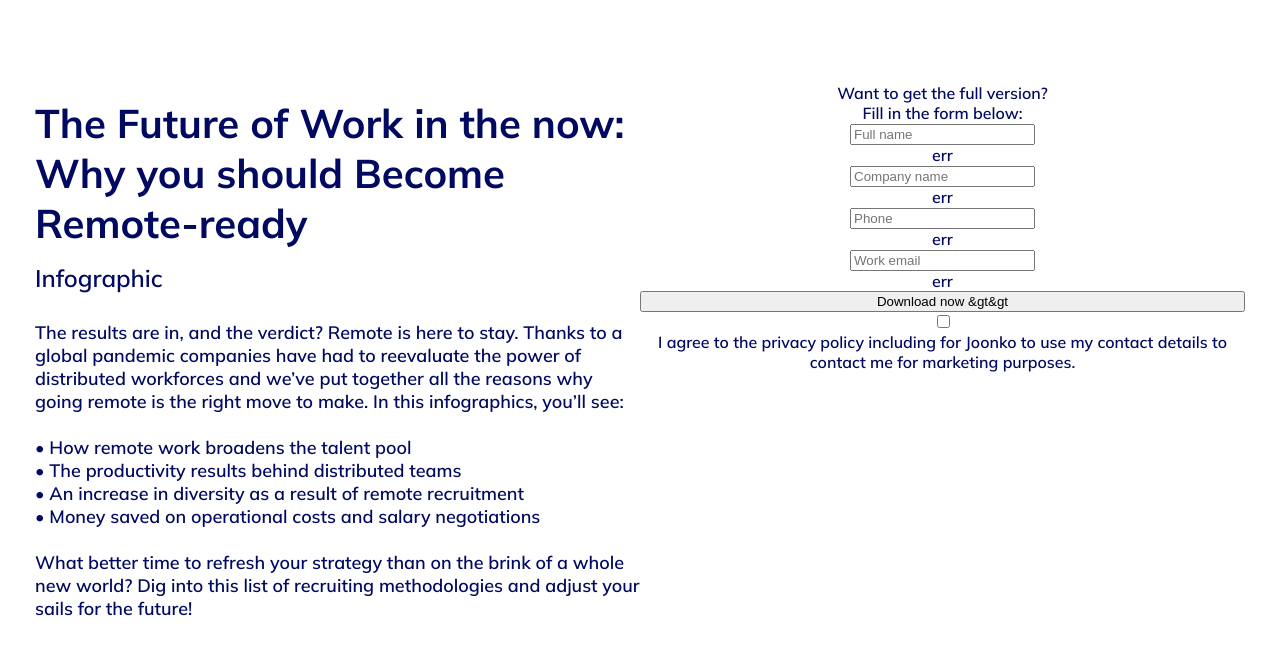
Repository: zivmorad/joonko-form
Page: /
The author's editor kept a copy of each file at every save. The page is drawn from the files as they stood at one save, then again after the next save.
The browser window is 1280 px wide. The pictures show the whole page.
The project was rebuilt for these pictures with package versions that can differ from the ones it lists, and the page was loaded fresh each time.

Above is the page before, as saved 2021-08-03 11:04:52.

### public/index.html
<!DOCTYPE html>
<html lang="en">
	<head>
		<style>
			@import url('https://fonts.googleapis.com/css2?family=Mulish:wght@600&display=swap');
			@import url('https://fonts.googleapis.com/css2?family=Mulish:wght@700&display=swap');
		</style>
		<meta charset="utf-8" />
		<meta name="viewport" content="width=device-width, initial-scale=1" />
		<meta name="theme-color" content="#000000" />
		<title>React App</title>
	</head>
	<body>
		<div id="root"></div>
	</body>
</html>

### src/App.js
import React from 'react';

import './App.scss';

const App = () => {
	return (
		<div className="main-page-wrapper center-page">
			<div className="app-wrapper row">
				<div className="details-wrapper column">
					<div className="title bold">The Future of Work in the now: Why you should Become Remote-ready</div>
					<div className="sub-title">Infographic</div>
					<p className="details-text">
						The results are in, and the verdict? Remote is here to stay. Thanks to a global pandemic companies have had
						to reevaluate the power of distributed workforces and we’ve put together all the reasons why going remote is
						the right move to make. In this infographics, you’ll see:
						<br />
						<br />
						• How remote work broadens the talent pool
						<br />
						• The productivity results behind distributed teams
						<br />• An increase in diversity as a result of remote recruitment
						<br /> • Money saved on operational costs and salary negotiations
						<br />
						<br /> What better time to refresh your strategy than on the brink of a whole new world? Dig into this list
						of recruiting methodologies and adjust your sails for the future!
					</p>
				</div>
				<div className="form-section column">
					<div className="form-card column">
						<form className="form-wrapper column" onSubmit={() => console.log('submit')}>
							<div className="form-title">Want to get the full version?</div>
							<div className="form-sub-title">Fill in the form below:</div>
							<div className="input-wrapper">
								<input type="text" placeholder="Full name" className="form-input" />
								<div className="error">err</div>
							</div>
							<div className="input-wrapper">
								<input type="text" placeholder="Company name" className="form-input" />
								<div className="error">err</div>
							</div>
							<div className="input-wrapper">
								<input type="number" placeholder="Phone" className="form-input" />
								<div className="error">err</div>
							</div>
							<div className="input-wrapper">
								<input type="text" placeholder="Work email" className="form-input" />
								<div className="error">err</div>
							</div>

							<button type="submit" className="form-btn">
								Download now &gt&gt
							</button>

							<div className="checkbox-input-wrapper">
								<input type="checkbox" className="checkbox-input" />
								<div className="check-box-text">
									I agree to the privacy policy including for Joonko to use my contact details to contact me for
									marketing purposes.
								</div>
							</div>
						</form>
					</div>
				</div>
			</div>
		</div>
	);
};

export default App;

### src/App.scss
html {
	height: 100%;
	width: 100%;
}
#root {
	height: 100%;
	width: 100%;
}
body {
	margin: 0;
	padding: 0;
	font-size: 16px;
	font-family: 'Mulish', sans-serif;
	height: 100%;
	width: 100%;
}

.row {
	display: flex;
	flex-direction: row;
}

.column {
	display: flex;
	flex-direction: column;
}

.center-page {
	display: flex;
	flex-direction: column;
	align-items: center;
	text-align: center;
}

.bold {
	font-weight: bold;
}

.main-page-wrapper {
	width: 100%;
	height: 100%;
	justify-content: center;
	color: #010a60;
	.app-wrapper {
		padding: 35px;
		justify-content: space-between;
		.details-wrapper {
			width: 50%;
			text-align: left;
			.title {
				font-size: 40px;
				margin: 15px 0px;
			}
			.sub-title {
				font-size: 24px;
				margin-bottom: 10px;
			}
			.details-text {
				font-size: 18px;
			}
		}
		.form-section {
			width: 50%;
		}
	}
}

Loaded but not shown: src/index.js (common file)

After the next save:
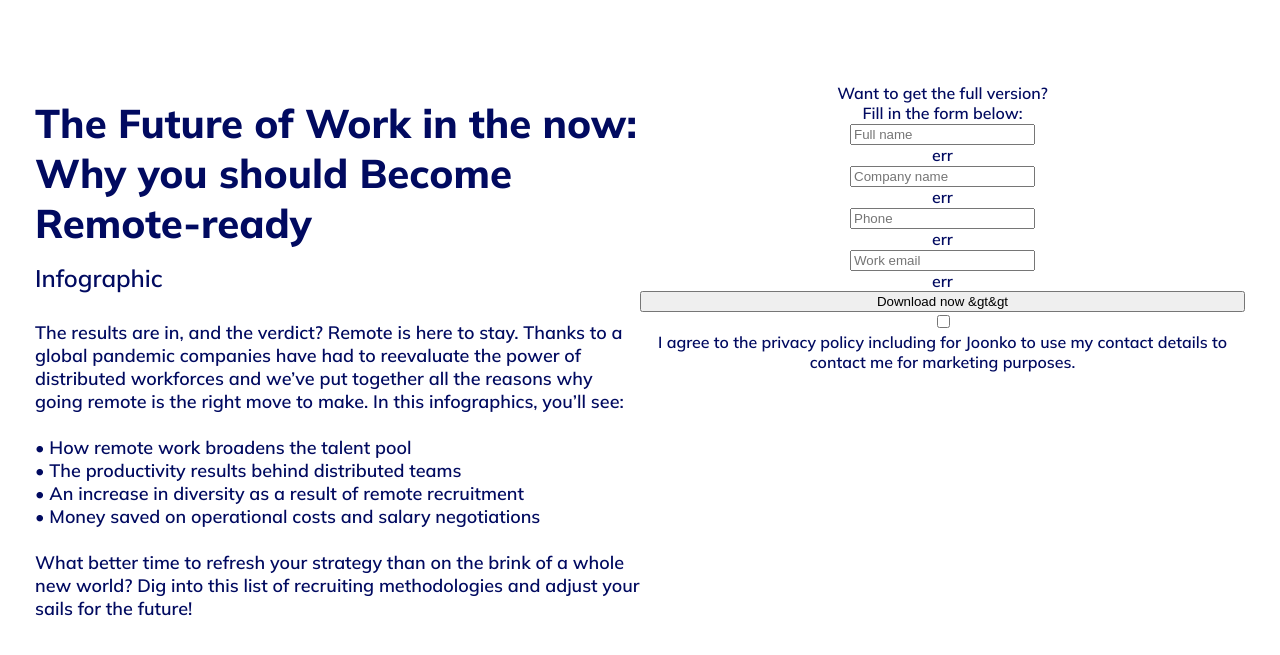
Saved 9 min 33 s later.
--- a/public/index.html
+++ b/public/index.html
@@ -2,8 +2,7 @@
 <html lang="en">
 	<head>
 		<style>
-			@import url('https://fonts.googleapis.com/css2?family=Mulish:wght@600&display=swap');
-			@import url('https://fonts.googleapis.com/css2?family=Mulish:wght@700&display=swap');
+			@import url('https://fonts.googleapis.com/css2?family=Mulish:wght@600;800&display=swap');
 		</style>
 		<meta charset="utf-8" />
 		<meta name="viewport" content="width=device-width, initial-scale=1" />
